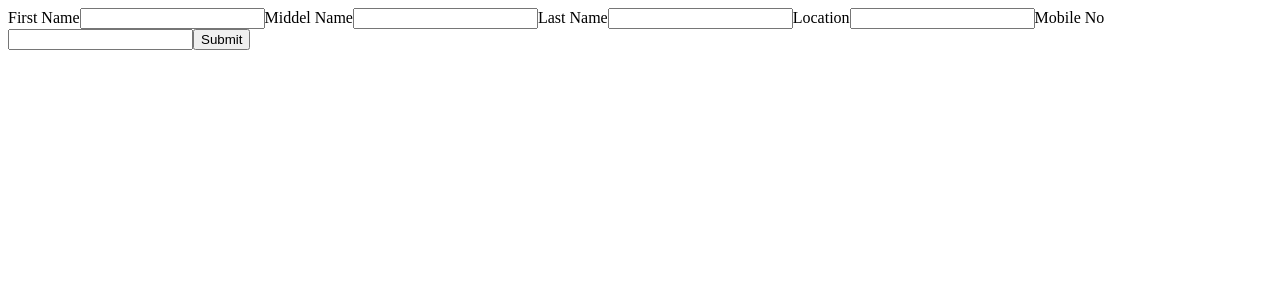
Repository: nosranijuned/WebRegister
Page: WebRegister/WebContent/index.html
The author's editor kept a copy of each file at every save. The page is drawn from the files as they stood at one save, then again after the next save.
The browser window is 1280 px wide. The pictures show the whole page.

Above is the page before, as saved 2019-03-11 10:39:57.

### WebRegister/WebContent/index.html
<!DOCTYPE html>
<html>
<head>
<meta charset="ISO-8859-1">
<title>Insert title here</title>
<script type="text/javascript">
function GEEKFORGEEKS()
{
    var fname = document.forms["RegForm"]["fname"];
    var mname = document.forms["RegForm"]["mname"];
    var lname = document.forms["RegForm"]["lname"];
    var location =  document.forms["RegForm"]["loc"];
    var mobile = document.forms["RegForm"]["mob"];

    if (fname.value == "")
    {
        window.alert("Please enter your first name.");
        fname.focus();
        return false;
    }

    if (mname.value == "")
    {
        window.alert("Please enter your middle name.");
        mname.focus();
        return false;
    }

    if (fname.value == "")
    {
        window.alert("Please enter your last name.");
        fname.focus();
        return false;
    }

     if (location.value == "")
    {
        window.alert("Please enter your location.");
        location.focus();
        return false;
    }

    if (mobile.value == "")
    {
        window.alert("Please enter your mobile no");
        mobile.focus();
        return flase;
    }
   return true;
}
</script>
</head>
<body>
	<form action="" onsubmit="return GEEKFORGEEKS()" method="post">
		<table>
			<tr>First Name<input type="text" name="fname"></tr>
			<tr>Middel Name<input type="text" name="mname"></tr>
			<tr>Last Name<input type="text" name="lname"></tr>
			<tr>Location<input type="text" name="loc"></tr>
			<tr>Mobile No<input type="text" name="mob"></tr>
			<tr><input type="submit" value="Submit"></tr>
		</table>
	</form>
</body>
</html>

After the next save:
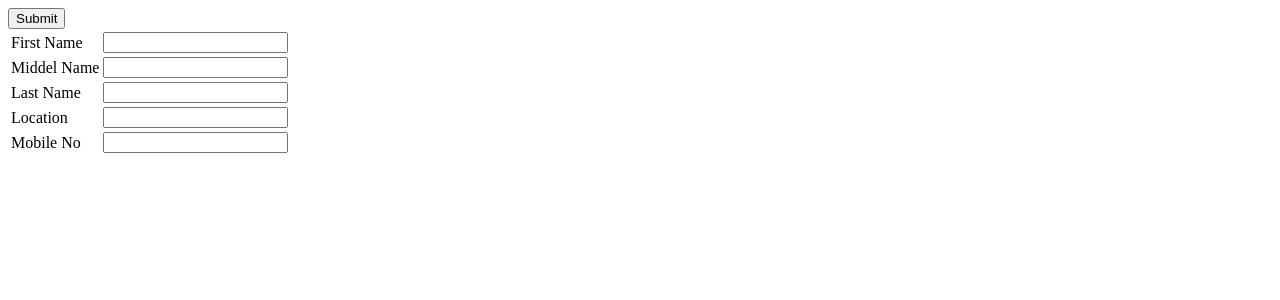
Saved 112 s later.
--- a/WebRegister/WebContent/index.html
+++ b/WebRegister/WebContent/index.html
@@ -53,11 +53,11 @@ function GEEKFORGEEKS()
 <body>
 	<form action="" onsubmit="return GEEKFORGEEKS()" method="post">
 		<table>
-			<tr>First Name<input type="text" name="fname"></tr>
-			<tr>Middel Name<input type="text" name="mname"></tr>
-			<tr>Last Name<input type="text" name="lname"></tr>
-			<tr>Location<input type="text" name="loc"></tr>
-			<tr>Mobile No<input type="text" name="mob"></tr>
+			<tr><td>First Name</td><td><input type="text" name="fname"></td></tr>
+			<tr><td>Middel Name</td><td><input type="text" name="mname"></td></tr>
+			<tr><td>Last Name</td><td><input type="text" name="lname"></td></tr>
+			<tr><td>Location</td><td><input type="text" name="loc"></td></tr>
+			<tr><td>Mobile No</td><td><input type="text" name="mob"></td></tr>
 			<tr><input type="submit" value="Submit"></tr>
 		</table>
 	</form>
